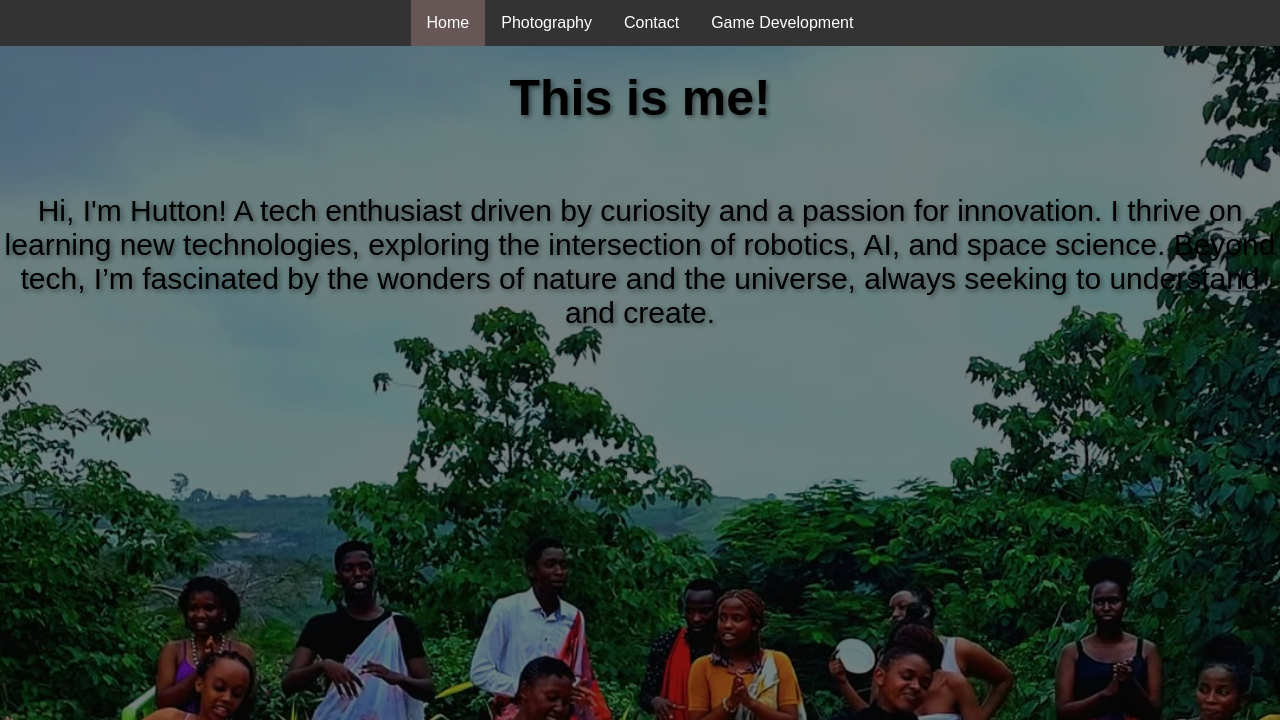
Repository: Argivist/ArgPortfolio
Page: index.html
An editor plug-in stored every save of this project. The page is shown before and after the next save, followed by the edit.
The browser window is 1280 px wide. The pictures show the whole page.

Above is the page before, as saved 2025-03-28 18:38:54.

### index.html
<!DOCTYPE html>
<html lang="en">

<head>
    <meta charset="UTF-8">
    <meta name="viewport" content="width=device-width, initial-scale=1.0">
    <link rel="stylesheet" href="css/styles.css">
    <link rel="stylesheet" href="css/nav.css">
    <link rel="stylesheet" href="css/home.css">

    <title>Hutton Amison-Addy</title>

    <style>
        body{
            background-color: #f0f0f0;
            font-family: 'Arial', sans-serif;
        }
    </style>
</head>

<body>
    <nav>
        <ul>
            <li class="nav-content active active-text"><a href="index.html">Home</a></li>
            <li class="nav-content"><a href="https://www.instagram.com/theworldinoneseye/">Photography</a></li>

            <li class="dropdown nav-content">
                <a href="contact.html">Contact</a>
                <ul class="dropdown-content">
                    <li><a href="https://www.linkedin.com/in/hutton-amison-addy-7b1b3b1b1/">LinkedIn</a></li>
                    <li><a href="https://www.github.com/Argivist">GitHub</a></li>
                    <li><a href="mailto:hutton.amison@ashesi.edu.gh">hutton.amison@ashesi.edu.gh</a></li>
                    <li><a href="mailto:huttonaaddy.public@gmail.com">huttonaaddy.public@gmail.com</a></li>
                </ul>
            </li>

            <li class="dropdown nav-content">
                <a href="#">Game Development</a>
                <ul class="dropdown-content">
                    <li><a href="game/index.html">Game Development Projects</a></li>
                    <li><a href="blender/index.html">Blender</a></li>
                </ul>
            </li>
        </ul>
    </nav>
    <div class="padding">
    </div>
        <div class="overlay">
            <h1>This is me!</h1>
            <p class="desc">
                Hi, I'm Hutton! A tech enthusiast driven by curiosity and a passion for innovation. I thrive on learning new technologies, exploring the intersection of robotics, AI, and space science. Beyond tech, I’m fascinated by the wonders of nature and the universe, always seeking to understand and create.
            </p>
        </div>



</body>

</html>

### css/styles.css
body{
    height: 100%;
    margin: 0;
    padding: 0;
}

 p {
    white-space: pre-line; /* preserves newlines, but collapses extra spaces */
  }

### css/nav.css
/* 1. Define default variables in :root */


/* NAV Content and Dropdown */
.nav-content {
    position: relative;
    display: inline-block;
}

.dropdown {
    position: relative; /* For proper absolute positioning of its child */
    display: inline-block;
}

.dropdown:hover .dropdown-content {
    display: block;
}

.dropdown-content {
    display: none;
    position: absolute; /* This makes it overlay other elements without affecting layout */
    background-color: var(--dropdown-bg);
    min-width: 160px;
    box-shadow: 0px 8px 16px 0px rgba(0,0,0,0.2);
    z-index: 1;
}

/* Nav Stylisation */
nav {
    background-color: var(--nav-bg);
    position: fixed;
    top: 0;
    left: 0;
    width: 100vw;
    z-index: 100;
    display: flex;
    justify-content: center;  /* Centers the nav content horizontally */
    align-items: center;      /* Vertically centers items */
    margin: 0;
    color: var(--nav-link-color);
}

/* Reserve space for the fixed navbar */
.padding {
    height: 35px;  /* Adjust this value to match your navbar's height */
    top: 0;
    left: 0;
    width: 100%;
    bottom: 0;
}

/* Nav List Styles */
nav ul {
    list-style-type: none;
    margin: 0;
    padding: 0;
    display: flex;
}

nav ul li {
    display: inline-block;
    margin: 0;
    text-align: center;
    /* If you want each <li> to match nav’s background: */
    background-color: var(--nav-bg);
}

/* Nav Links */
nav ul li a {
    display: block;
    color: var(--nav-link-color);
    text-align: center;
    padding: 14px 16px;
    text-decoration: none;
}

nav ul li a:hover {
    background-color: var(--nav-link-hover-bg);
    color: var(--nav-link-active-color);
}

/* Optional: Ensure dropdown list items take full width */
.dropdown ul li {
    width: 100%;
}

/* Active link styling */
.active {
    background-color: var(--active-bg);
    /* color: var(--nav-link-active-color); */
    text-decoration: none;
}
/* If .active is on the <li>, target the <a> inside */
.active-text{
    color: var(--nav-link-active-color);
}

### css/home.css
/* Custom Theme variables */
:root {
    --nav-bg: #333;
    --nav-link-color: #fff;
    --nav-link-hover-bg: #111;
    --dropdown-bg: #f9f9f9;
    --active-bg: #675656;
    --body-text-color: #333;      /* General text color */
    --heading-text-color: #222;   /* Headings, if desired */
}


h1 {
    color: --heading-text-color;
    font-size: 50px;
    text-align: center;
    text-shadow: 2px 2px 5px rgba(0, 0, 0, 0.5);
}

p {
    color: --body-text-color;
    font-size: 30px;
    text-align: center;
    text-shadow: 2px 2px 5px rgba(0, 0, 0, 0.5);
}


body {
    background-image:url('../img/home.jpeg');
    background-size:cover;    /* Ensures the image covers the whole screen */
    background-repeat: no-repeat;  /* Prevents tiling */
    /* background-position: center;   Centers the image */
}
.overlay {
    position: fixed;
    /* top: 0; */
    left: 0;
    width: 100%;
    height: 100%;
    background-color: rgba(0, 0, 0, 0.5); /* Adjust opacity as needed */
    z-index: -1; /* Keeps it behind your content */
}

After the next save:
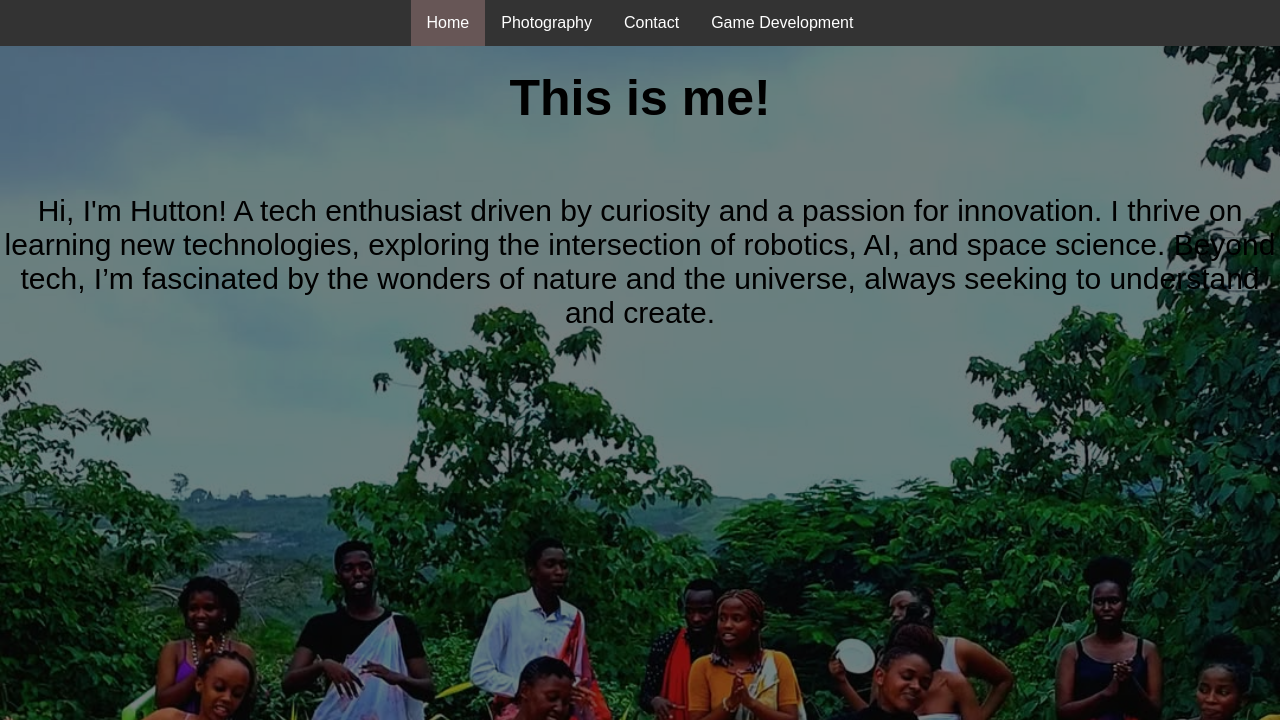
Saved 30 s later.
--- a/css/home.css
+++ b/css/home.css
@@ -6,7 +6,7 @@
     --dropdown-bg: #f9f9f9;
     --active-bg: #675656;
     --body-text-color: #333;      /* General text color */
-    --heading-text-color: #222;   /* Headings, if desired */
+    --heading-text-color: #968f8f;   /* Headings, if desired */
 }
 
 
@@ -14,14 +14,14 @@ h1 {
     color: --heading-text-color;
     font-size: 50px;
     text-align: center;
-    text-shadow: 2px 2px 5px rgba(0, 0, 0, 0.5);
+    /* text-shadow: 2px 2px 5px rgba(0, 0, 0, 0.5); */
 }
 
 p {
     color: --body-text-color;
     font-size: 30px;
     text-align: center;
-    text-shadow: 2px 2px 5px rgba(0, 0, 0, 0.5);
+    /* text-shadow: 2px 2px 5px rgba(0, 0, 0, 0.5); */
 }
 
 
